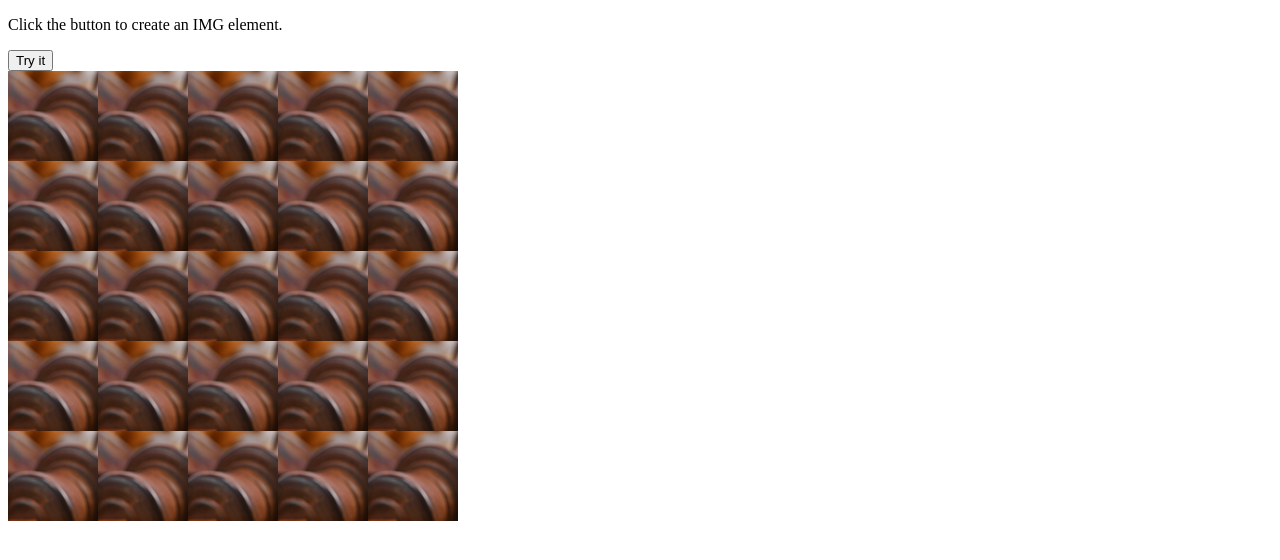
Repository: rashmikagamage/puzzle-vanila-js
Page: index.html
The author's editor kept a copy of each file at every save. The page is drawn from the files as they stood at one save, then again after the next save.
The browser window is 1280 px wide. The pictures show the whole page.

Above is the page before, as saved 2020-08-05 22:41:36.

### index.html
<!DOCTYPE html>
<html>

<head>
    <link rel="stylesheet" type="text/css" href="./style.css">
</head>

<body>

    <p>Click the button to create an IMG element.</p>

    <button onclick="myFunction(5)">Try it</button>
    <div class="gridContainer" id="imgContainer"></div>
    <script src="./function.js">
    </script>

</body>

</html>

### style.css
.gridContainer {
    display: grid;
}

### function.js
function myFunction(num) {

    let cellSize = 450 / num + "px";
    let diff = 100 / num;
    let grid = "";
    let row = num;
    let col = num;
    let idCount = 0
    let xPosition = 0;
    let yPosition = 25;
    console.log(cellSize)

    for (let i = 0; i < num; i++) {
        grid = grid + cellSize + " ";
    }

    document.getElementById("imgContainer").style.gridTemplateColumns = grid;

    for (let i = 0; i < row; i++) {


        for (let j = 0; j < col; j++) {

            var x = document.createElement("div");
            x.style.width = cellSize;
            x.style.height = cellSize;
            x.style.backgroundImage = "url('./chess.jpg')"
            console.log(xPosition + "% " + yPosition + "%")
            x.style.backgroundPosition = xPosition + "% " + yPosition + "%"
            x.id = "img" + idCount;
            document.getElementById("imgContainer").appendChild(x);
            // yPosition = yPosition + (100/num);
        }
        // xPosition = xPosition + (100/num);
    }
}

myFunction(5);

After the next save:
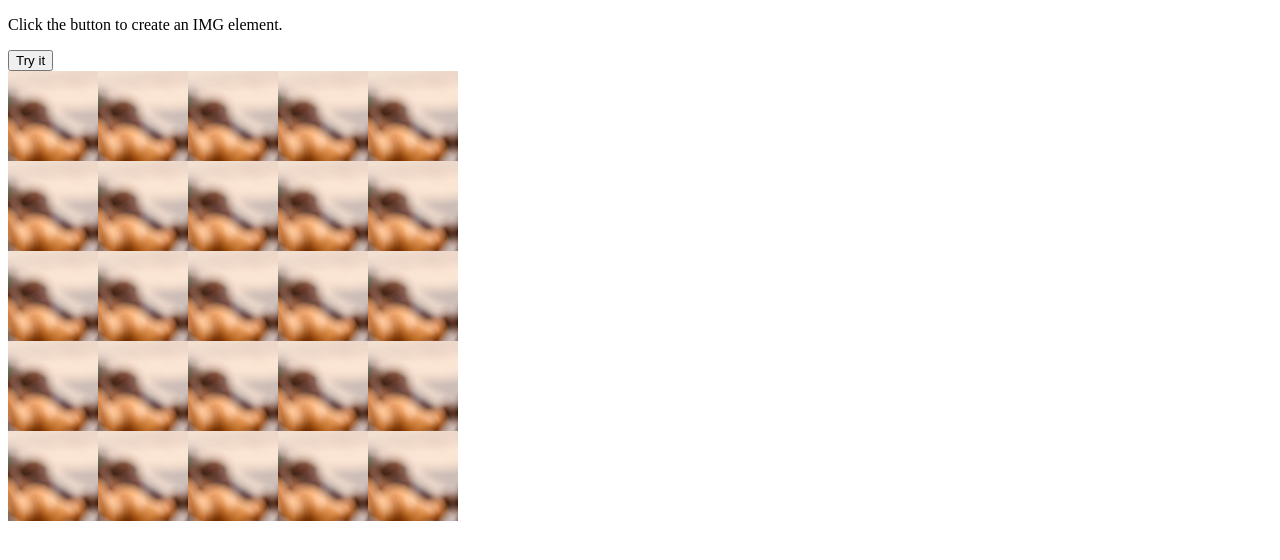
Saved 16 s later.
--- a/function.js
+++ b/function.js
@@ -7,7 +7,7 @@
     let col = num;
     let idCount = 0
     let xPosition = 0;
-    let yPosition = 25;
+    let yPosition = 0;
     console.log(cellSize)
 
     for (let i = 0; i < num; i++) {

After the save that followed:
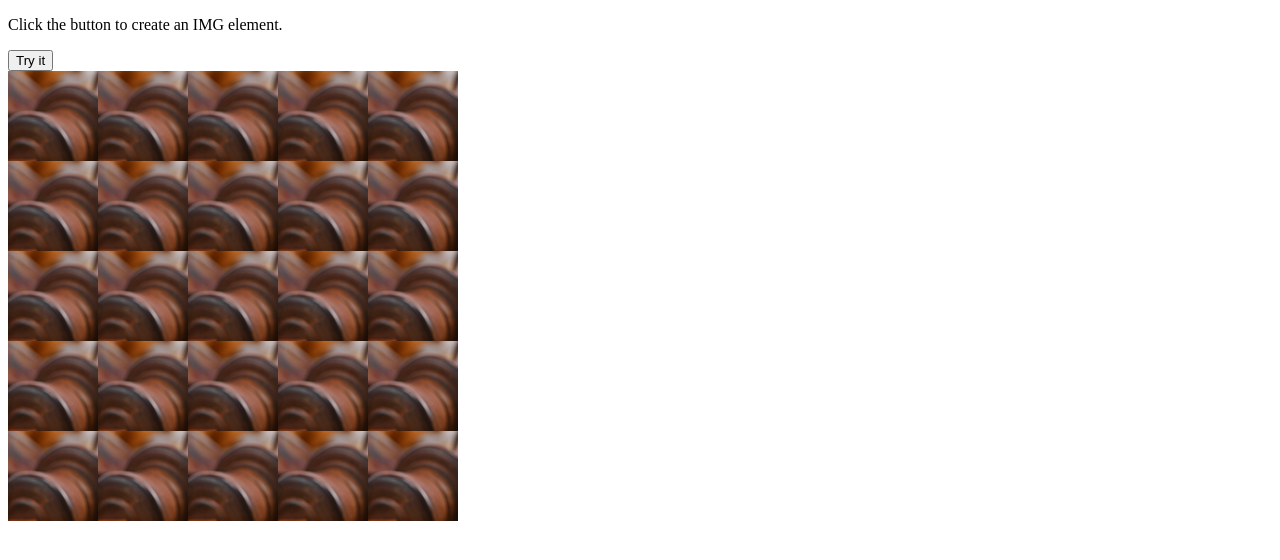
Saved 5 s later.
--- a/function.js
+++ b/function.js
@@ -7,7 +7,7 @@
     let col = num;
     let idCount = 0
     let xPosition = 0;
-    let yPosition = 0;
+    let yPosition = 25;
     console.log(cellSize)
 
     for (let i = 0; i < num; i++) {
